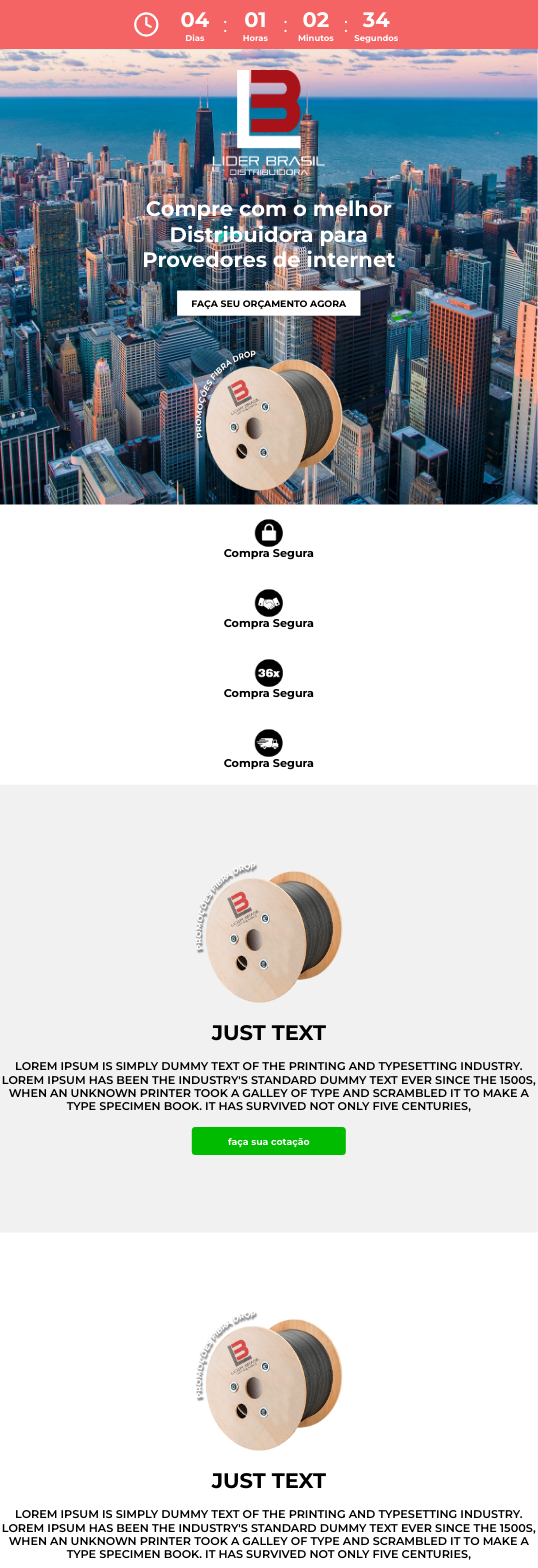
Repository: mateus-henrique-silva/landing_drop
Page: index.html
These files come from the project's save history. The page is drawn as it stood at one moment and after the next save; the edit follows.
The browser window is 768 px wide. The pictures show the part of the page from y = 0 to 2240 px (the page is 4431 px tall), at 70% of full size.
Backgrounds fixed to the window are drawn as part of the page. Some web fonts or font styles are not loaded; a fallback is used.

Above is the page before, as saved 2022-08-26 17:08:47.

### index.html
<!DOCTYPE html>
<html lang="en">
  <head>
    <meta charset="UTF-8" />
    <meta http-equiv="X-UA-Compatible" content="IE=edge" />
    <meta name="viewport" content="width=device-width, initial-scale=1.0" />
    <link rel="stylesheet" href="./src/CSS/Footer/Styles.css" />
    <link rel="stylesheet" href="./src/CSS/Header/styles.css" />
    <link rel="stylesheet" href="./src/CSS/Main/styles.css" />
    <link rel="stylesheet" href="./src/CSS/Global.css" />
    <link rel="stylesheet" href="./src/CSS/Header/Clock/styles.css" />
    <link rel="stylesheet" href="./src/CSS/Main/cotação/cotacao.css" />
    <link rel="stylesheet" href="./src/CSS/Main/icons/styles.css" />
    <title>Drop Líder Brasil</title>
  </head>
  <body>
    <header>
      <img src="./src/Assets/clock.svg" alt="imagem icon" srcset="" />

      <div class="regressive-count">
        <div class="ajust">
          <div id="day">00</div>
          <p style="font-size: 12px">Dias</p>
        </div>
        <span>:</span>
        <div class="ajust">
          <div id="hour">00</div>
          <p style="font-size: 12px; text-align: center">Horas</p>
        </div>
        <span>:</span>
        <div class="ajust">
          <div id="minute">00</div>
          <p style="font-size: 12px">Minutos</p>
        </div>
        <span>:</span>
        <div class="ajust">
          <div id="sec">00</div>
          <p style="font-size: 12px">Segundos</p>
        </div>
      </div>
    </header>
    <main>
      <section class="main">
        <div class="main-first">
          <div class="main-first-two">
            <img src="./src/Assets/logo.png" alt="" class="logo" />
            <div class="text-main">
              <p>Compre com o melhor</p>
              <p>Distribuidora para</p>
              <p>Provedores de internet</p>
            </div>

            <button class="btn-main-first">Faça seu Orçamento Agora</button>
          </div>
        </div>
        <div class="main-second">
          <img src="./src/Assets/lb.png" alt="" class="img-drop" />
        </div>
      </section>

      <section class="icons">
        <div class="icons-config">
          <img src="./src/Assets/icons/one.png" alt="" srcset="" />
          <p>Compra Segura</p>
        </div>
        <div class="icons-config">
          <img src="./src/Assets/icons/two.png" alt="" srcset="" />
          <p>Compra Segura</p>
        </div>
        <div class="icons-config">
          <img src="./src/Assets/icons/three.png" alt="" srcset="" />
          <p>Compra Segura</p>
        </div>
        <div class="icons-config">
          <img src="./src/Assets/icons/four.png" alt="" srcset="" />
          <p>Compra Segura</p>
        </div>
      </section>
      <section class="cotacao">
        <div class="img-king-cable">
          <img src="./src/Assets/lb.png" alt="" class="king" />
        </div>
        <div class="just-text">
          <h2>just text</h2>
          <p>
            Lorem Ipsum is simply dummy text of the printing and typesetting
            industry. Lorem Ipsum has been the industry's standard dummy text
            ever since the 1500s, when an unknown printer took a galley of type
            and scrambled it to make a type specimen book. It has survived not
            only five centuries,
          </p>
          <button class="btn-king">faça sua cotação</button>
        </div>
      </section>

      <section class="cotacao-two">
        <div class="img-king-cable">
          <img src="./src/Assets/lb.png" alt="" class="king" />
        </div>
        <div class="just-text">
          <div class="ajust-two">
            <h2>just text</h2>
            <p>
              Lorem Ipsum is simply dummy text of the printing and typesetting
              industry. Lorem Ipsum has been the industry's standard dummy text
              ever since the 1500s, when an unknown printer took a galley of
              type and scrambled it to make a type specimen book. It has
              survived not only five centuries,
            </p>
            <button class="btn-king">faça sua cotação</button>
          </div>
        </div>
      </section>
      <section class="cotacao">
        <div class="img-king-cable">
          <img src="./src/Assets/lb.png" alt="" class="king" />
        </div>
        <div class="just-text">
          <h2>just text</h2>
          <p>
            Lorem Ipsum is simply dummy text of the printing and typesetting
            industry. Lorem Ipsum has been the industry's standard dummy text
            ever since the 1500s, when an unknown printer took a galley of type
            and scrambled it to make a type specimen book. It has survived not
            only five centuries,
          </p>
          <button class="btn-king">faça sua cotação</button>
        </div>
      </section>
      <section class="cotacao-two">
        <div class="img-king-cable">
          <img src="./src/Assets/lb.png" alt="" class="king" />
        </div>
        <div class="just-text">
          <div class="ajust-two">
            <h2>just text</h2>
            <p>
              Lorem Ipsum is simply dummy text of the printing and typesetting
              industry. Lorem Ipsum has been the industry's standard dummy text
              ever since the 1500s, when an unknown printer took a galley of
              type and scrambled it to make a type specimen book. It has
              survived not only five centuries,
            </p>
            <button class="btn-king">faça sua cotação</button>
          </div>
        </div>
      </section>
    </main>
    <footer>
      <h1>Nossas Lojas</h1>
      <div class="container">
        <div class="container-content">
          <p>
            Lorem Ipsum is simply dummy text of the printing and typesetting
            industry. Lorem Ipsum has been the industry's standard dummy text
            ever since the 1500s, when an unknown printer took a galley of type
            and scrambled it to make a type specimen book. It has survived not
            only five centuries,
          </p>

          <p>
            Lorem Ipsum is simply dummy text of the printing and typesetting
            industry. Lorem Ipsum has been the industry's standard dummy text
            ever since the 1500s, when an unknown printer took a galley of type
            and scrambled it to make a type specimen book. It has survived not
            only five centuries,
          </p>
        </div>

        <div class="container-content">
          <p>
            Lorem Ipsum is simply dummy text of the printing and typesetting
            industry. Lorem Ipsum has been the industry's standard dummy text
            ever since the 1500s, when an unknown printer took a galley of type
            and scrambled it to make a type specimen book. It has survived not
            only five centuries,
          </p>

          <p>
            Lorem Ipsum is simply dummy text of the printing and typesetting
            industry. Lorem Ipsum has been the industry's standard dummy text
            ever since the 1500s, when an unknown printer took a galley of type
            and scrambled it to make a type specimen book. It has survived not
            only five centuries,
          </p>
        </div>
      </div>
      <div class="social-icon">
        <a href="https://www.facebook.com/liderbrasildistribuidora">
          <img src="./src/Assets/icons/face.png" alt=""
        /></a>
        <a href="https://www.instagram.com/liderbrasildistribuidora/"
          ><img src="./src/Assets/icons/insta.png" alt=""
        /></a>
      </div>
    </footer>
    <script src="./src/Script/clock/script.js"></script>
  </body>
</html>

### src/CSS/Footer/Styles.css
footer {
  width: 100%;
  height: 100%;
  display: flex;
  flex-direction: column;
  justify-content: center;
  align-items: center;
  background-color: #f1f1f1;
}

footer .container {
  display: flex;
}

footer .container .container-content {
  width: 100%;
  justify-content: center;
  display: flex;
  flex-direction: column;

  justify-content: space-around;
}

footer .container .container-content p {
  width: 300px;
  margin: 30px;
  font-size: 12px;
  font-weight: bold;
}

footer .social-icon {
  width: 100%;
  display: flex;
  justify-content: center;
  margin-bottom: 10px;
}

footer .social-icon img {
  cursor: pointer;
  margin: 3px;
  width: 30px;
}


@media(max-width:836px){
    footer .container {
        display: flex;
        flex-direction: column;
      }
}

### src/CSS/Header/styles.css
header{
    width:100%;
    position: fixed;
    background-color: #f46464;
    height:70px;
    display:flex;
    position:fixed;
    align-items:center;
    justify-content:center;
}
header span{
    font-size:30px;
}

header img{
    width:38px;
    height:38x;
}

### src/CSS/Main/styles.css
main {
  width: 100%;
  max-width: 100vw;
}

.main {
  width: 100%;
  height: 100vh;
  display: flex;
  background: url("../../Assets/city.jpg") no-repeat fixed center;
  background-size: cover;
}

.main .main-first {
  display: flex;
  flex-direction: column;
  width: 50vw;
  align-items: center;
  justify-content: center;
  height: 100%;
}

.main .main-first img {
  width: 200px;
  height: 180px;
}
.main .main-first .text-main {
  color: white;
  margin-top: 25px;

  font-size: 30px;
  font-weight: bold;
  text-align: left ;
}
.main .main-second {
  width: 50vw;
  height: 100%;
  justify-content: center;
  align-items: center;
  display: flex;
}
.main .main-second img {
  width: 350px;
  height: 300px;
}

.btn-main-first {
  text-transform: uppercase;
  font-weight: bold;
  margin-top: 25px;
  cursor: pointer;
  padding: 10px 20px 10px;
  background-color: white;
  -webkit-box-shadow: 0px 0px 11px 1px rgba(0, 0, 0, 0.36);
  box-shadow: 0px 0px 11px 1px rgba(0, 0, 0, 0.36);
}


@media(max-width:836px){
  .main{
    display: block;
  }


.main .main-first {
  width: 100%;
  display: flex;
  flex-direction: column;
  justify-content: center;
  align-items: center;
  text-align: center;
}

.main .main-first .main-first-two .logo {
  width:160px;
  height: 150px;
  margin-top: 100px;
}
.text-main{
  text-align: center!important;
}
.main .main-second {
width: 100%;

margin-top:50px;

}

.main{
  height: 100%;
}

main .main .main-second img.img-drop{
  width: 210px;
  margin-bottom: 20px;
  height: 200px;
}
}

### src/CSS/Global.css


@import url('https://fonts.googleapis.com/css2?family=Blaka+Hollow&family=Cormorant+Garamond:ital,wght@0,300;0,400;0,500;0,600;0,700;1,300;1,400;1,500;1,600;1,700&family=Montserrat:ital,wght@0,100;0,200;0,300;0,400;0,500;0,600;0,700;0,800;0,900;1,100;1,200;1,300;1,400;1,500;1,600;1,700;1,800;1,900&family=Poppins:ital,wght@0,100;0,200;0,300;0,400;0,500;0,600;0,700;0,800;0,900;1,100;1,200;1,300;1,400;1,500;1,600;1,700;1,800;1,900&display=swap');
*{
    margin: 0;
    padding: 0;
    border: 0;
    font-family: 'Montserrat', sans-serif;
}

### src/CSS/Header/Clock/styles.css
header .regressive-count{
    display: flex;
    color: white;
    margin-left:10px;
    height:100%;
    align-items: center;
    justify-content: center;


}

header .regressive-count div{
   font-size:30px;

   font-weight:bold;



}
@media(max-width:500px){
header img{
    display: none;
}
header .regressive-count{
    margin-left: 0px;
}
}
.ajust{
    text-align:center;
    width:80px;
}

### src/CSS/Main/cotação/cotacao.css
.cotacao {
  width: 100%;
  display: flex;
  height: 90vh;
  background-color:#f1f1f1;
  justify-content: center;
  align-items: center;
}


.cotacao-two {
    width: 100%;
    display: flex;
    height: 90vh;
    flex-direction: row-reverse;
    background-color:white;
    justify-content: center;
    align-items: center;
  }



.cotacao-two .just-text{
    display: flex;
    flex-direction: column;
    justify-content:center;
    align-items: center;
    color: black;
    width:50vw;
  }



.cotacao-two .just-text p{
    text-transform: uppercase;
    font-weight:600;
    width: 100%;
  }



.img-king-cable{
    display: flex;
    justify-content:center;
    width: 50vw;
}

.img-king-cable .king{
  width: 350px;
  height:300px;
}

.just-text{
    display: flex;
    flex-direction: column;
    justify-content:center;
    color: black;
    width:50vw;
}

.just-text h2{
    font-size: 30px;
    text-transform: uppercase;
    font-weight:bold;
    margin-bottom: 20px;
}

.just-text p{
    text-transform: uppercase;
    font-weight:600;
    width: 60%;
}
.btn-king{
    cursor: pointer;
    font-weight: bold;
    color: white;
    border-radius: 5px;
    margin-top: 20px;
    background-color: #01bb00;
   width: 220px;
   height: 40px;
}
@media(max-width: 836px){
    .just-text{
        display: block;
        width:100%;
    }
    .img-king-cable{

        width: 100%;
    }

    .cotacao {

        flex-direction: column;
        align-items:center;
        justify-content:center;
       text-align: center;
       height:80vh;
    }

    .cotacao-two {

        flex-direction: column;
        align-items:center;
        justify-content:center;
       text-align: center;
       height:80vh;
    }
    .just-text p{

        width: 100%;
    }

    main .cotacao .img-king-cable img.king{
        width: 210px;
        height:200px;
        margin-bottom: 25px;
    }

    main .cotacao-two .img-king-cable img.king{
        width: 210px;
        height:200px;
        margin-bottom: 25px;
    }
    .cotacao-two .just-text{
        width: 100%!important;
    }

    .ajust-two{
        width: 100%!important;
    }


    .ajust-two p{
        width: 100%!important;
    }

}


.ajust-two{
    width: 30vw;
}

### src/CSS/Main/icons/styles.css
.icons{
    height:20vh;
    background-color: white;
    display: flex;
    justify-content:space-around;
    width:100%;

    max-width:100vw;
}

.icons .icons-config{
    height:100%;

    display: flex;
    align-items: center;
    justify-content: center;
}
.icons .icons-config img{
width:60px;

}

.icons .icons-config p{
    color:black;
    font-weight:bold;
}


@media(max-width:836px){
    .icons{
        flex-direction: column;
        height:50vh;
    }
    .icons .icons-config img{
        width:40px;



        }
        .icons .icons-config p{}
            width:40px;



            }

    .icons .icons-config {
        flex-direction: column;

}


}

### src/Assets/clock.svg
<svg xmlns="http://www.w3.org/2000/svg" width="24" height="24" viewBox="0 0 24 24" fill="none" color="white" stroke="currentColor" stroke-width="2" stroke-linecap="round" stroke-linejoin="round" class="feather feather-clock"><circle cx="12" cy="12" r="10"></circle><polyline points="12 6 12 12 16 14"></polyline></svg>

### src/Script/clock/script.js
let to = new Date("aug 30 2022 18:00:0");
function uptade() {
  let from = new Date();
  diff = to - from;

  (day = setTwoDigit(Math.floor(diff / 1000 / 60 / 60 / 24))),
    (hour = setTwoDigit(Math.floor(diff / 1000 / 60 / 60) % 24)),
    (minute = setTwoDigit(Math.floor(diff / 1000 / 60) % 60)),
    (sec = setTwoDigit(Math.floor(diff / 1000) % 60)),
    (document.querySelector("#day").innerText = day);
  document.querySelector("#hour").innerText = hour;
  document.querySelector("#minute").innerText = minute;
  document.querySelector("#sec").innerText = sec;
}

let interval = setInterval(uptade, 1000);
function setTwoDigit(argument){
    return argument>9?argument:'0'+argument;
}

After the next save:
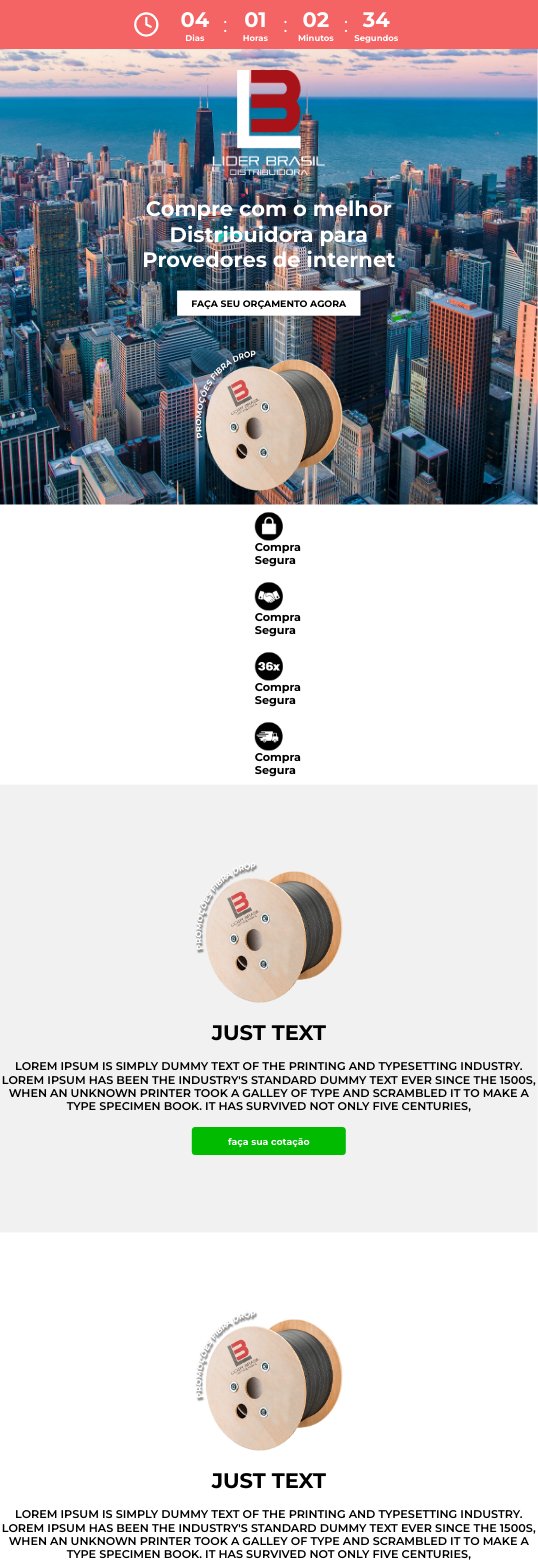
Saved 4 s later.
--- a/src/CSS/Main/icons/styles.css
+++ b/src/CSS/Main/icons/styles.css
@@ -37,7 +37,7 @@
 
 
         }
-        .icons .icons-config p{}
+        .icons .icons-config p{
             width:40px;
 
 
